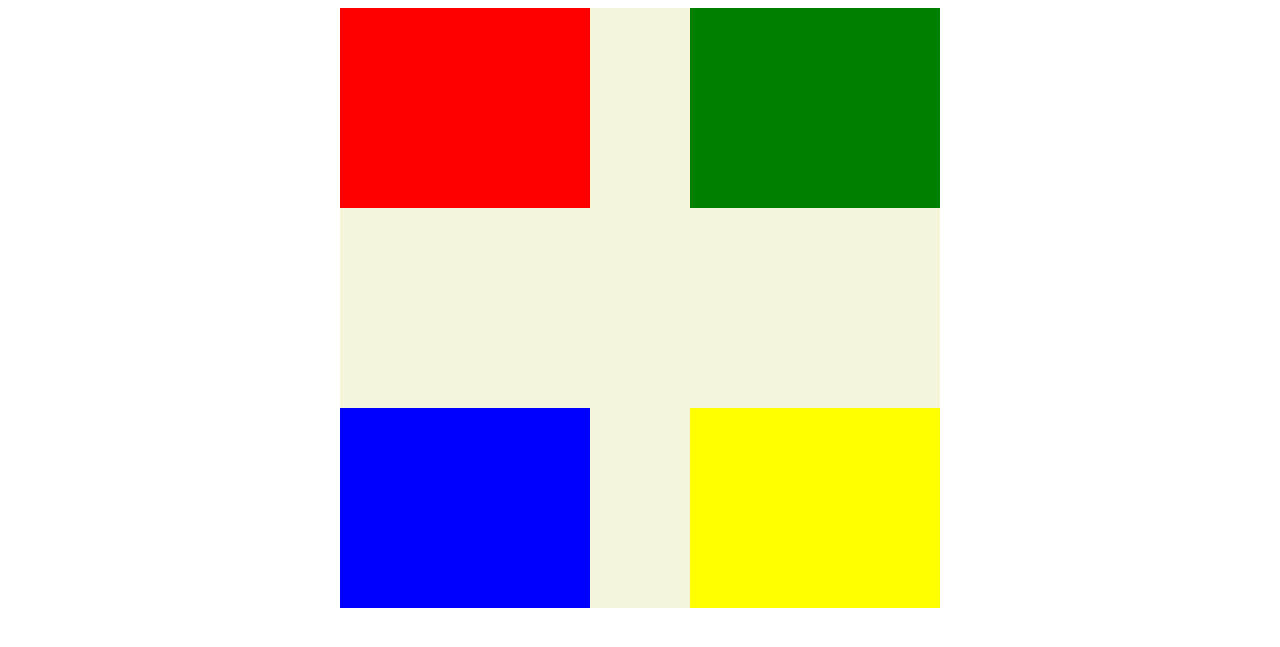
Repository: latenightsnacc/HTML-LESSONS
Page: WEB-DESIGN-2/lessons/animation.html
The author's editor kept a copy of each file at every save. The page is drawn from the files as they stood at one save, then again after the next save.
The browser window is 1280 px wide. The pictures show the whole page.

Above is the page before, as saved 2021-09-28 12:58:41.

After the next save:
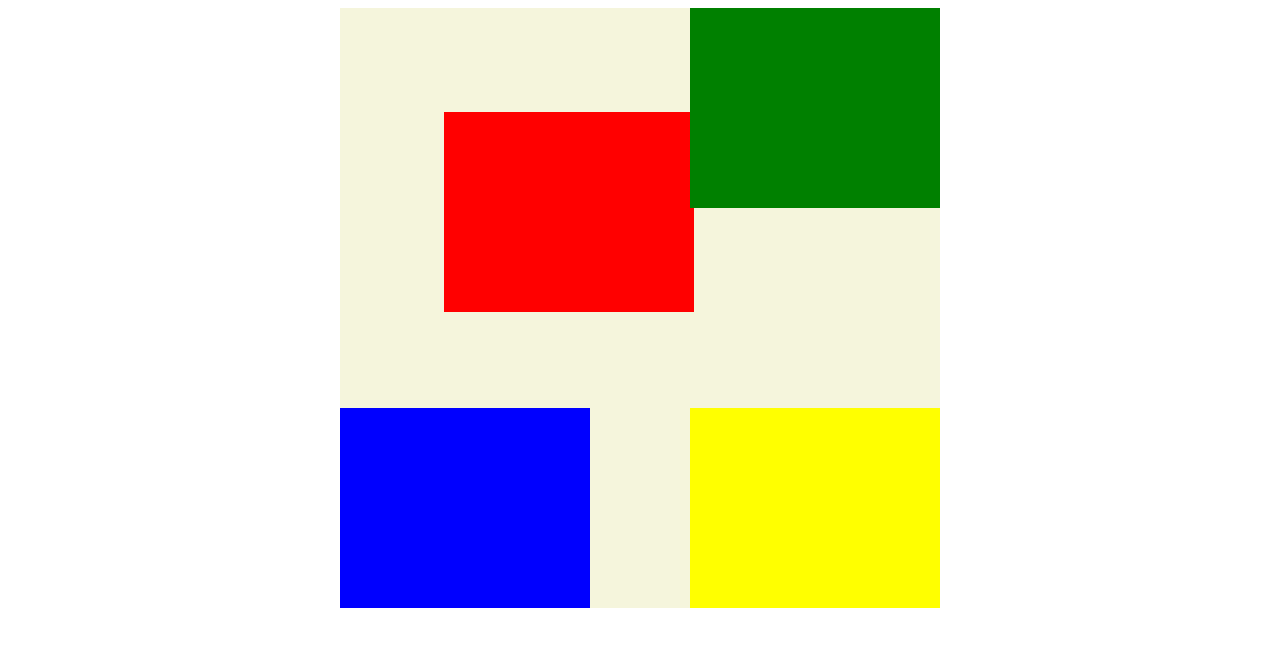
Saved 15 s later.
--- a/WEB-DESIGN-2/lessons/animation.html
+++ b/WEB-DESIGN-2/lessons/animation.html
@@ -22,7 +22,7 @@
             background-color: red;
             top: 0;
             left: 0;
-            animation: redWindows 5s  ease-in 1s 1 normal fill-mode;
+            animation: redWindows 5s  ease-in 1s 1 normal forwards;
 
         }
         .blue {
